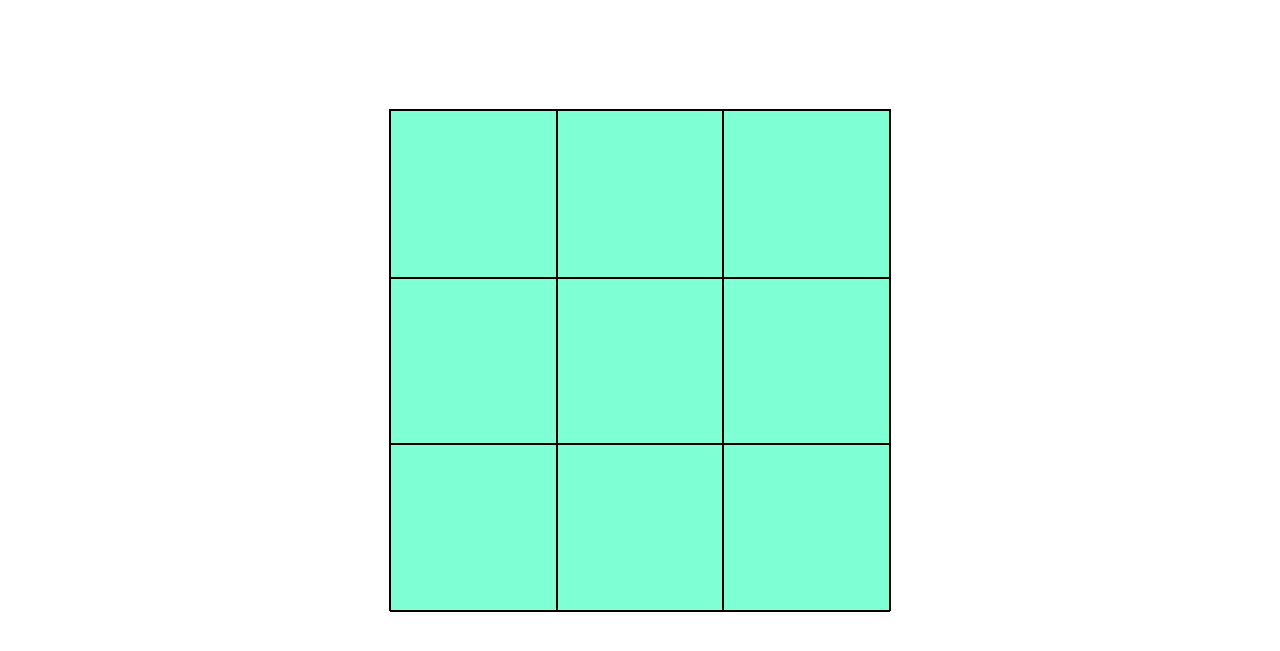
Repository: nasimqureshi/react-tic-tac-toe
Page: /
These files come from the project's save history. The page is drawn as it stood at one moment and after the next save; the edit follows.
The browser window is 1280 px wide. The pictures show the whole page.
The pointer rests on the first visible `.square`.
The project was rebuilt for these pictures with package versions that can differ from the ones it lists, and the page was loaded fresh each time.

Above is the page before, as saved 2024-10-13 22:05:52.

After the next save:
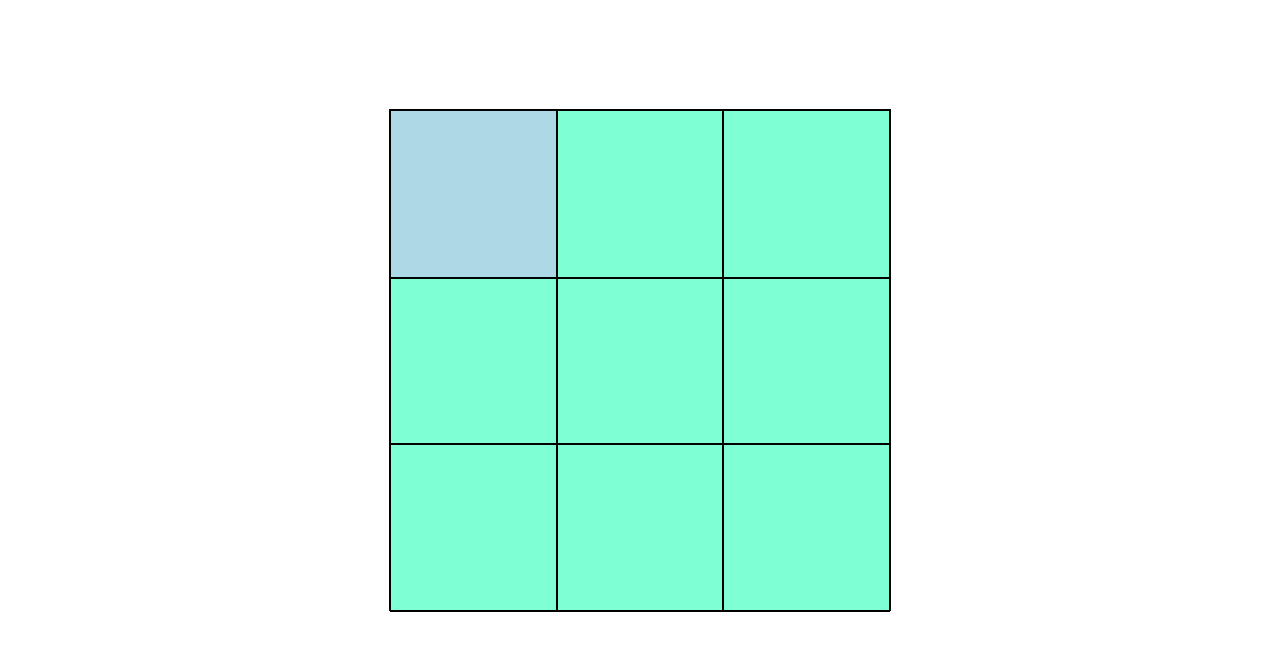
Saved 11 s later.
--- a/src/App.css
+++ b/src/App.css
@@ -34,5 +34,5 @@ body {
   font-family: Arial, Helvetica, sans-serif;
 }
 .square:hover {
-
+  background-color: lightblue;
 }
